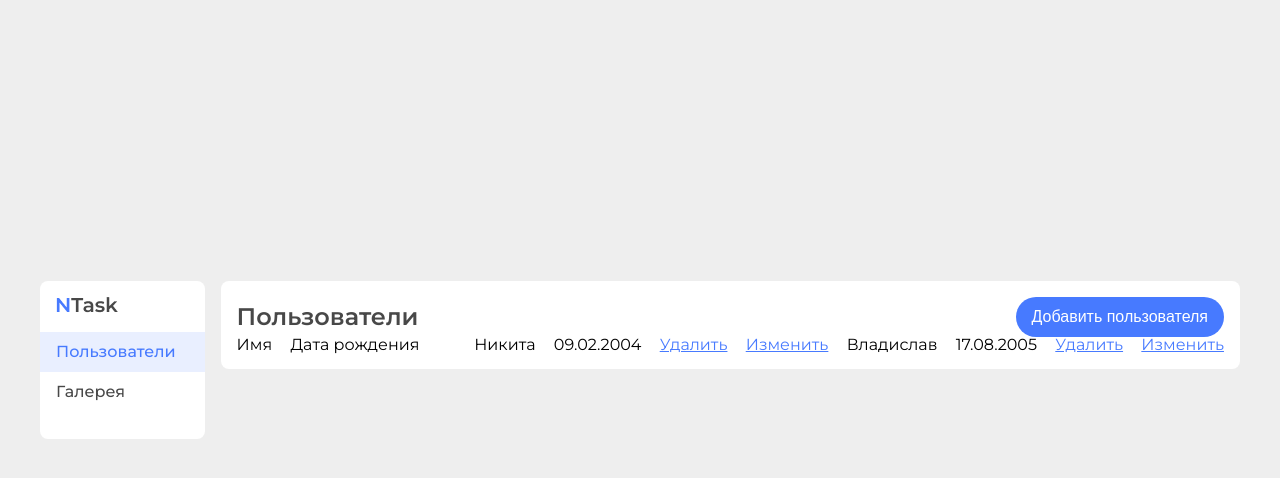
Repository: Grid-Master/NTask
Page: /gallery
An editor plug-in stored every save of this project. The page is shown before and after the next save, followed by the edit.
The browser window is 1280 px wide. The pictures show the whole page.
The project was rebuilt for these pictures with package versions that can differ from the ones it lists, and the page was loaded fresh each time. Also part of the build but not shown: src/components/gallery/gallery.sass, src/components/gallery/Gallery.tsx, src/components/updateUser/updateUser.sass, src/components/updateUser/UpdateUser.tsx.

Above is the page before, as saved 2023-06-09 21:08:40.

After the next save:
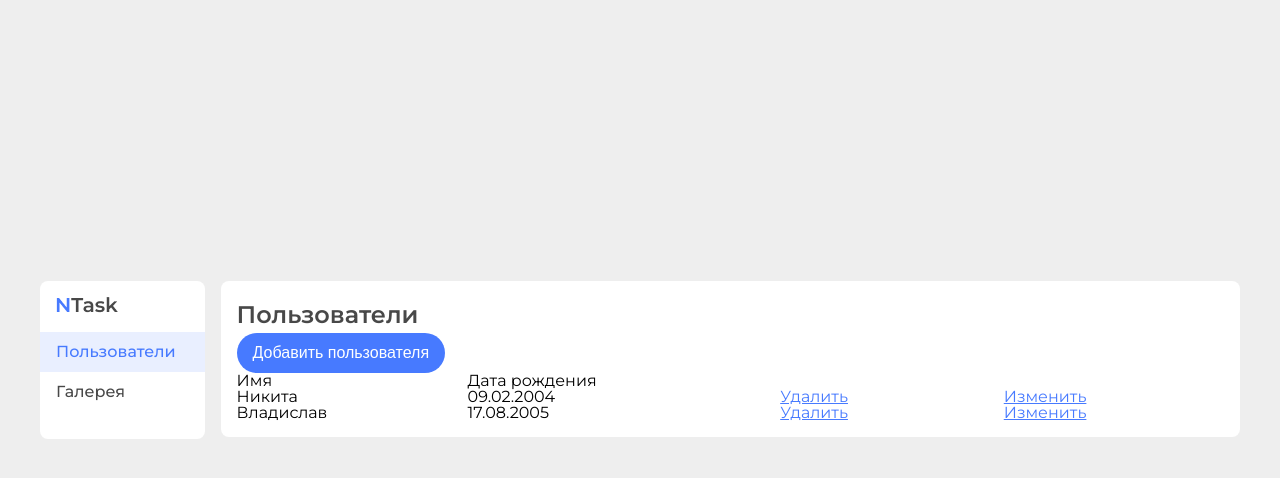
Saved 86 s later.
--- a/src/components/userList/userList.sass
+++ b/src/components/userList/userList.sass
@@ -3,7 +3,7 @@
     background: #FFFFFF
     border-radius: 8px
     padding: 16px
-    >div
+    &____container
         display: flex
         align-items: center
         justify-content: space-between
